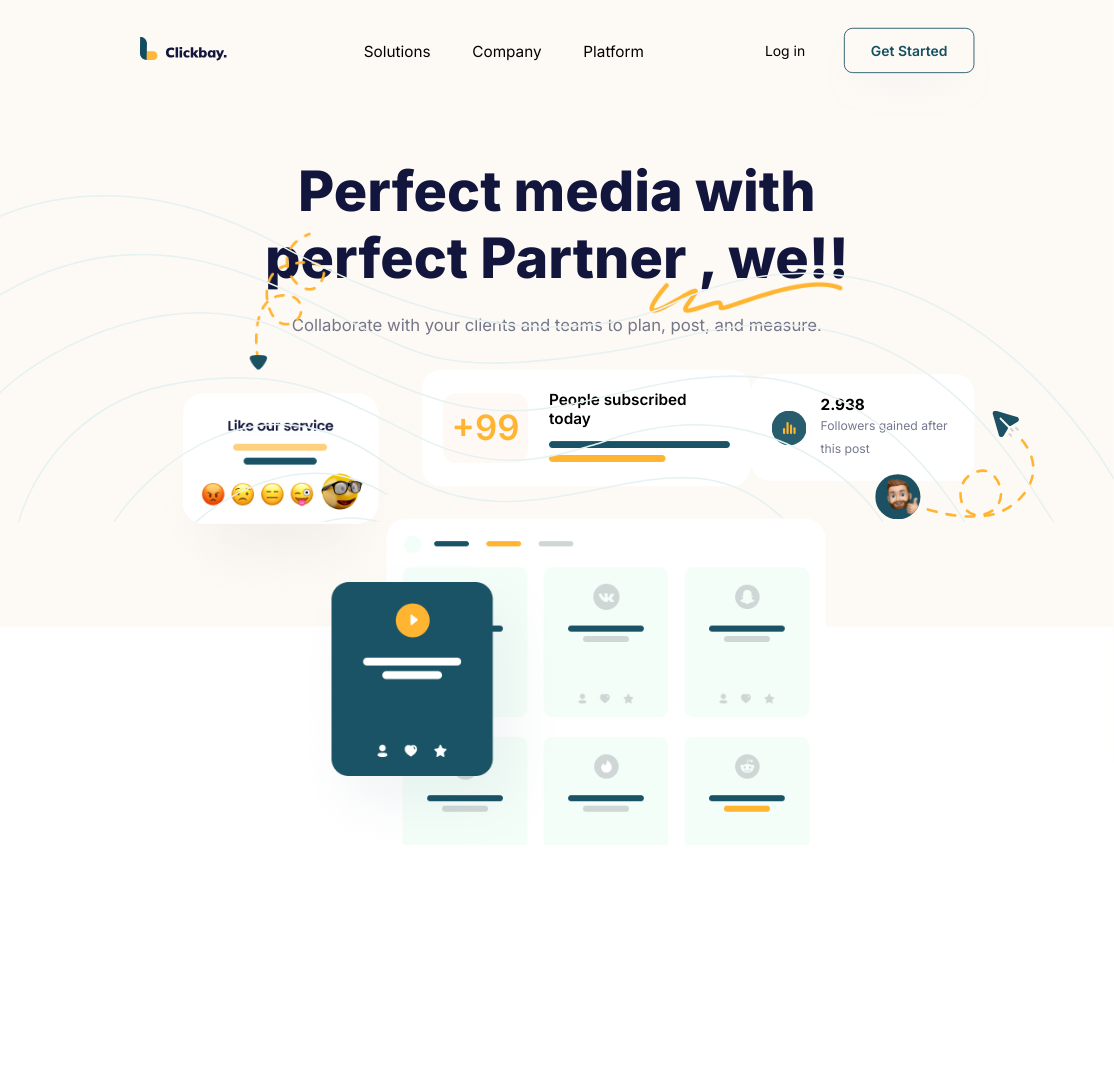
Repository: badhon252/Clickbay
Page: index.html
An editor plug-in stored every save of this project. The page is shown before and after the next save, followed by the edit.
The browser window is 1280 px wide. The pictures show the whole page, at 87% of full size.
The style sheet was rebuilt from its Sass, Less or Tailwind sources for each picture, by a compiler version that may differ from the author's.

Above is the page before, as saved 2022-09-04 04:36:30.

### index.html
<!DOCTYPE html>
<html lang="en">

<head>
    <meta charset="UTF-8">
    <meta http-equiv="X-UA-Compatible" content="IE=edge">
    <meta name="viewport" content="width=device-width, initial-scale=1.0">
    <link rel="stylesheet" href="./scss/style.css">
    <title>Clickbay</title>
</head>

<body>
    <header class="">
        <img src="./images/Group 676.svg" alt="" class="header-img">
        <div class="container">


            <nav class="navbar">
                <div class="navbar_brand">
                    <img src="./images/logo.svg" alt="Image not found!">
                </div>

                <ul class="nav">
                    <li class="nav-items"><a href="" class="nav-links">Solutions</a></li>
                    <li class="nav-items"><a href="" class="nav-links">Company</a></li>
                    <li class="nav-items"><a href="" class="nav-links">Platform</a></li>
                </ul>

                <div class="nav-btns">
                    <button class="btn nav-log">Log in</button>
                    <button class="btn nav-start">Get Started</button>
                </div>
            </nav>

            <div class="header-content">
                <h1 class="h1 my-4 text-center">
                    Perfect media with <br> perfect Partner , we!!
                </h1>
                <img src="./images/Vector 735.png" alt="" class="signature text-center">
                <p class="text-center">Collaborate with your clients and teams to plan, post, and measure.</p>

                <div class="company-stat">
                    <div class="row">
                        <div class="col-md-4">
                            <img src="./images/Group 689.png" class="services" alt="">
                        </div>
                        <div class="col-md-4 subscriber">
                            <span class="">+99</span>
                            <div>
                                <h2>People subscribed today</h2>
                                <img src="./images/Group 678.png" alt="">
                            </div>
                        </div>
                        <div class="col-md-4 follow">
                            <div class="follower">

                                <img src="./images/Group 1037.svg" alt="">
                                <div>
                                    <h3>2.938</h3>
                                    <p>Followers gained after this post</p>
                                </div>
                            </div>
                            <div class="following">
                                <img src="./images/Group 1041.svg" alt="">
                            </div>
                        </div>
                    </div>
                </div>

                <img src="./images/Group 933.png" alt="" class="group-933">

            </div>
        </div>
    </header>
</body>

</html>

### scss/style.scss
@import url("https://fonts.googleapis.com/css2?family=Inter:wght@400;600;700;800;900&display=swap");
* {
  margin: 0;
  padding: 0;
  box-sizing: border-box;
  font-family: "Inter", sans-serif;
  // font-family: 'Poppins';
}
.container {
  margin: 0 10rem;
}
.btn {
  outline: none;
  border: none;
  padding: 15px 30px;
  font-size: 1rem;
  background-color: transparent;
}
.h1 {
  font-size: 4rem;
}
.text-center {
  text-align: center;
}
// margin
.my-1 {
  margin: 1rem 0;
}
.my-2 {
  margin: 2rem 0;
}
.my-3 {
  margin: 3rem 0;
}
.my-4 {
  margin: 4rem 0;
}
.my-5 {
  margin: 5rem 0;
}

// grid system using flex
.row {
  display: flex;
  justify-content: space-evenly;
  align-items: center;
}
//==============================
//===================
//==============================

header {
  background-color: #fdf9f4;
  max-height: 100vh;
  position: relative;

  .header-img {
    position: absolute;
    bottom: 120px;
    right: 0;
    z-index: 1;
    width: 100%;
  }
  .navbar {
    color: #282b4d;
    padding: 2rem 0;
    display: flex;
    justify-content: space-between;
    align-items: center;
    font-weight: 500;
    .nav {
      display: flex;
      .nav-items {
        margin-left: 3rem;
        list-style-type: none;
        .nav-links {
          text-decoration: none;
          color: black;
          font-size: 1.1rem;
          font-weight: 500;
        }
      }
    }

    .nav-start {
      border: 1px solid #1a5365;
      box-shadow: 0px 25px 35px -20px rgba(232, 236, 243, 0.5);
      border-radius: 10px;
      color: #154f61;
      font-weight: 600;
      margin-left: 10px;
    }
  }

  .header-content {
    .h1 {
      font-weight: 800;
      margin-bottom: -0.6rem;
      color: #12163c;
    }
    .signature {
      display: block;
      margin: 0 auto;
      transform: translateX(217px);
    }
    p {
      font-size: 1.2rem;
      font-weight: 500;
      line-height: 27px;
      color: #12163c94;
    }
    .services {
      position: relative;
      z-index: 1;
    }

    .company-stat {
      transform: translateY(-120px);
      .subscriber {
        display: flex;
        align-items: center;
        background-color: #fff;
        padding: 1.5rem;
        border-radius: 22px;
        span {
          font-weight: 600;
          font-size: 40px;
          line-height: 60px;
          background-color: #fef9f4;
          color: #ffb531;
          padding: 10px;
          border-radius: 15px;
          margin-right: 1.5rem;
        }
        h2 {
          font-size: 1.1rem;
          font-weight: 600;
          padding-bottom: 1rem;
        }
      }

      .follow {
        position: relative;
        z-index: 11;

        .follower {
          display: flex;
          align-items: center;
          background-color: #fff;
          padding: 1.5rem;
          border-radius: 22px;
          img {
            padding-right: 1rem;
          }
          h3 {
            font-size: 1.1rem;
          }
          p {
            font-size: 14px;
          }
        }
        .following {
          position: absolute;
          top: 42px;
          right: -70px;
        }
      }
    }

    .group-933 {
      position: relative;
      margin: 0 auto;
      top: -240px;
      display: block;
      z-index: 9999;
    }
  }
}

After the next save:
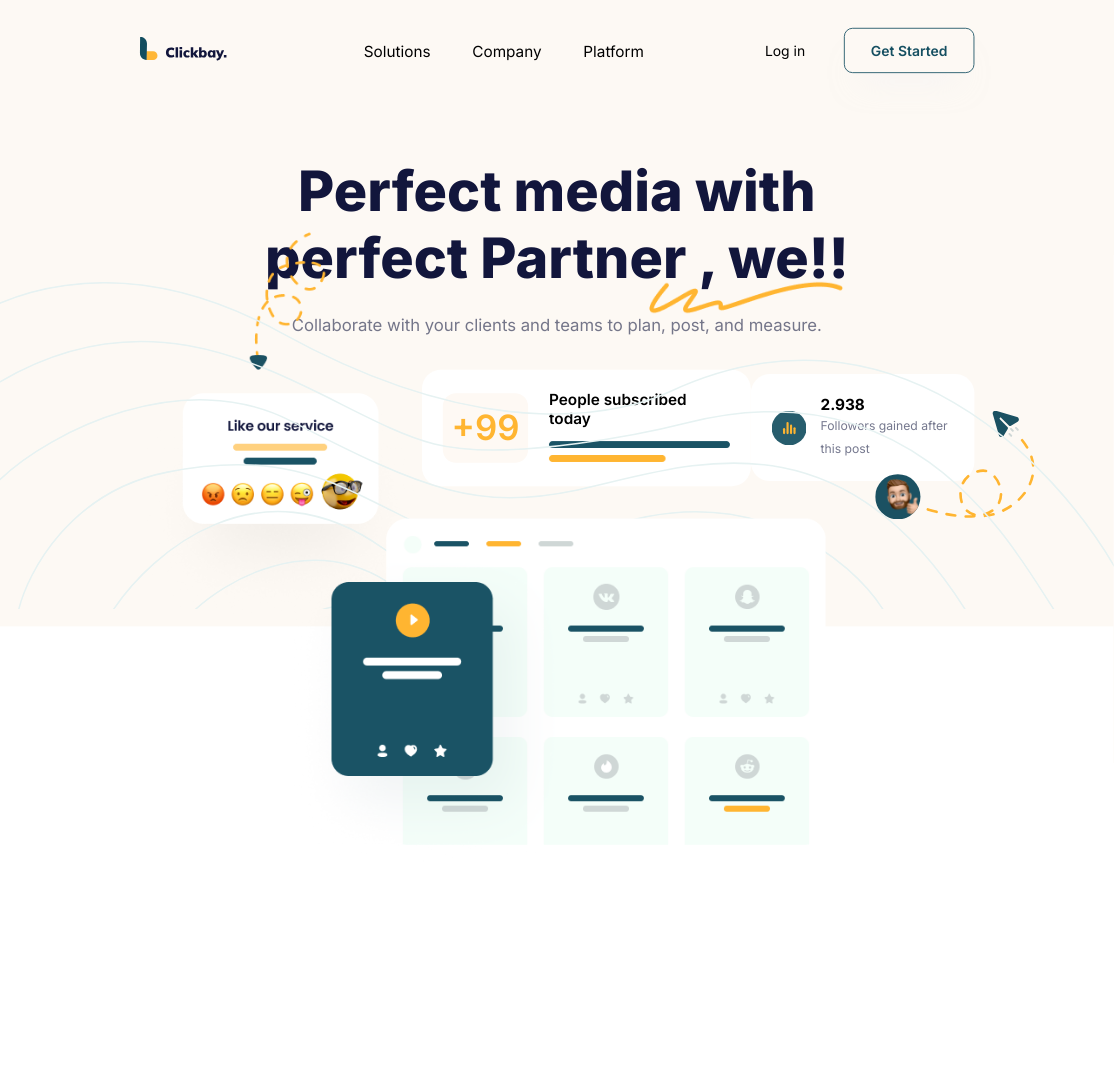
Saved 58 s later.
--- a/scss/style.scss
+++ b/scss/style.scss
@@ -56,7 +56,7 @@
 
   .header-img {
     position: absolute;
-    bottom: 120px;
+    bottom: 20px;
     right: 0;
     z-index: 1;
     width: 100%;

After the 2 saves that followed:
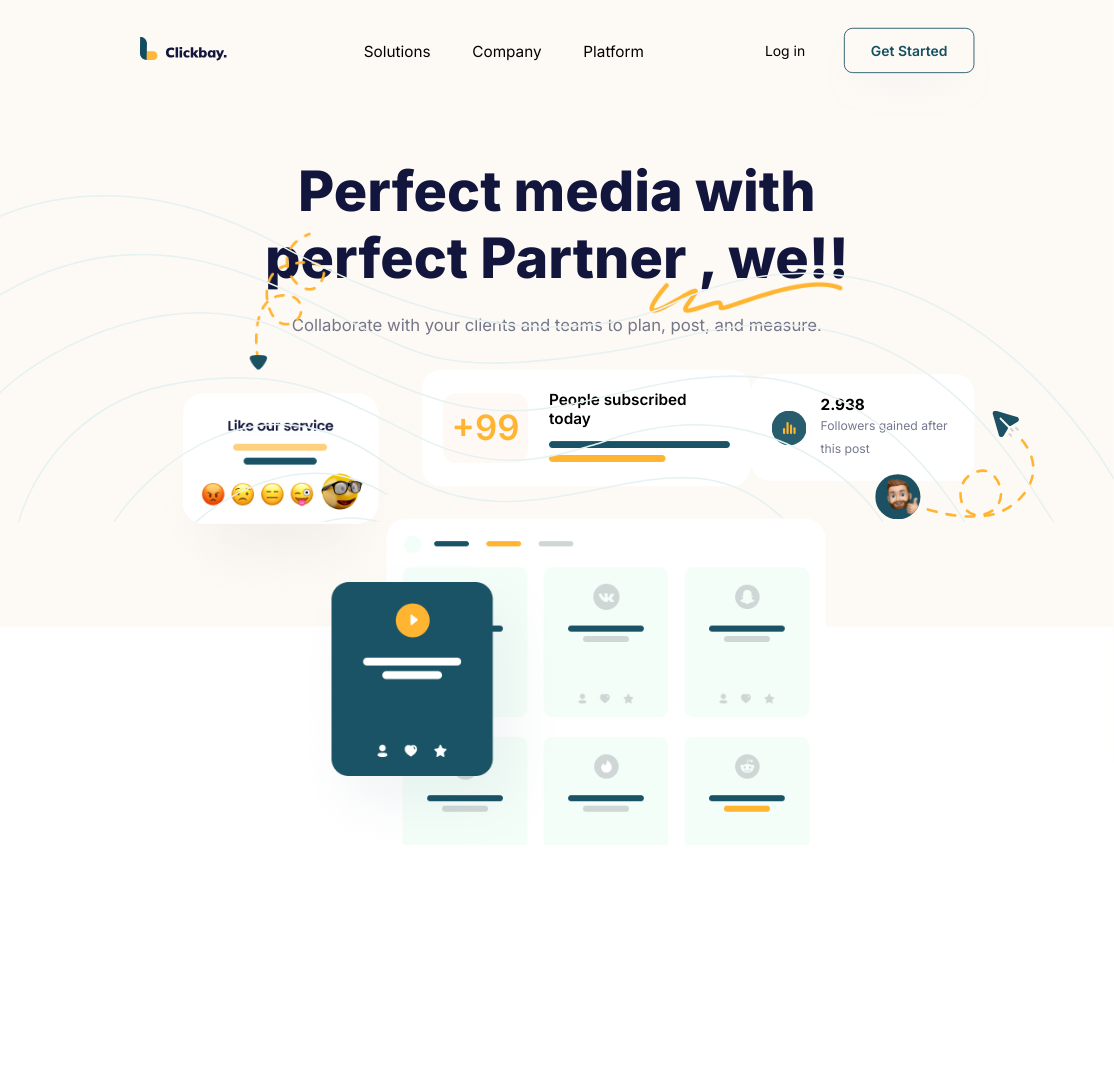
The 2 saves are shown as one change because 1 left the picture as it was.
The last was saved 40 s later.
--- a/scss/style.scss
+++ b/scss/style.scss
@@ -56,7 +56,7 @@
 
   .header-img {
     position: absolute;
-    bottom: 20px;
+    bottom: 120px;
     right: 0;
     z-index: 1;
     width: 100%;
